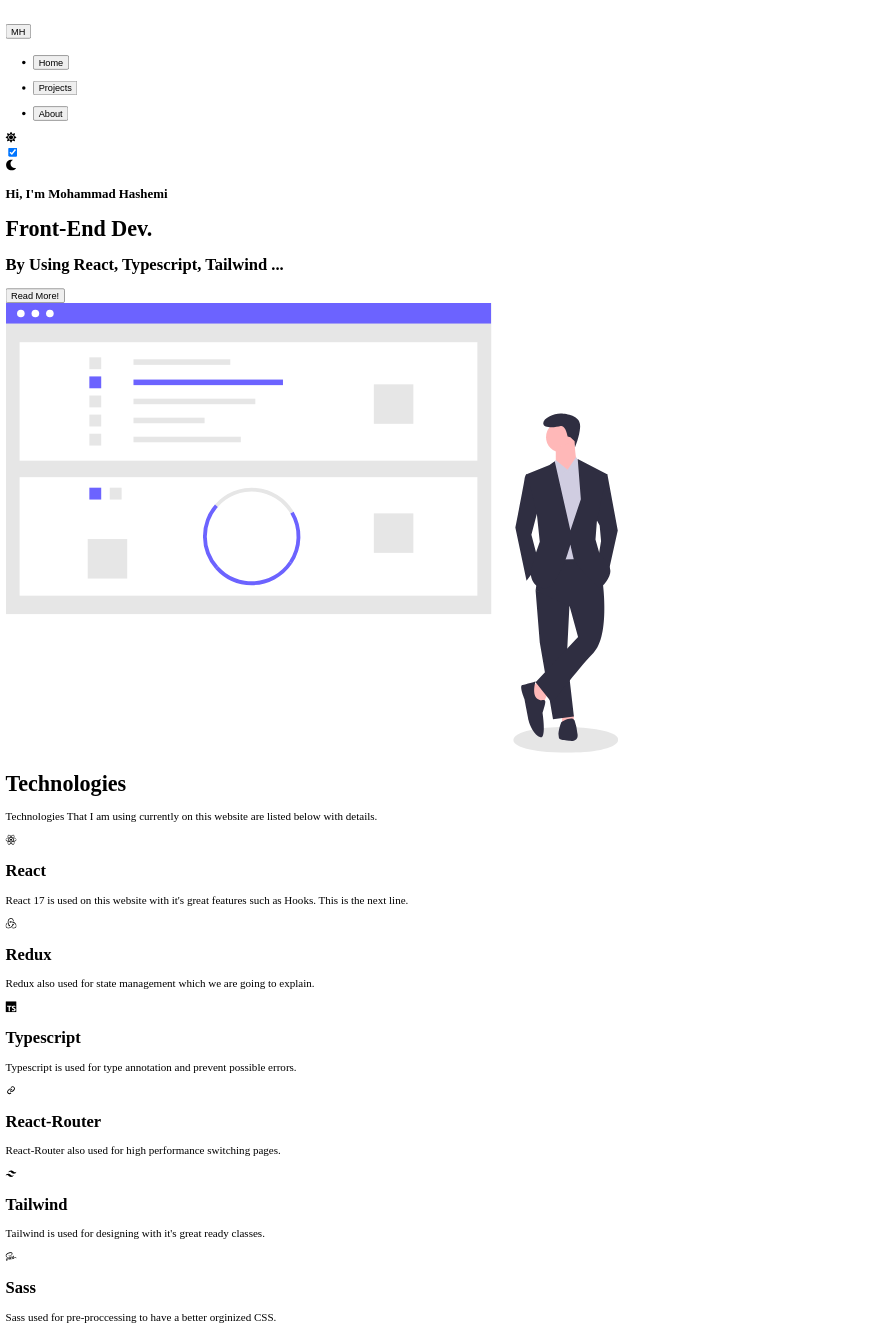
Repository: SMohammadH/react-typescript-tailwind
Page: /
These files come from the project's save history. The page is drawn as it stood at one moment and after the next save; the edit follows.
The browser window is 1280 px wide. The pictures show the whole page, at 69% of full size.
The project was rebuilt for these pictures with package versions that can differ from the ones it lists, and the page was loaded fresh each time. Also part of the build but not shown: craco.config.js.

Above is the page before, as saved 2021-02-04 07:20:58.

### src/index.css
.dark {
  --color-bg-primary: #2d3748;
  --color-bg-secondary: #283141;
  --color-text-primary: #f7fafc;
  --color-text-secondary: #e2e8f0;
  --color-text-accent: #c5b358;
}

.light {
  --color-bg-primary: #ffffff;
  --color-bg-secondary: #edf2f7;
  --color-text-primary: #2d3748;
  --color-text-secondary: #4a5568;
  --color-text-accent: #2b6cb0;
}

@import 'tailwindcss/base';
@import 'tailwindcss/components';
@import 'tailwindcss/utilities';

### src/App.tsx
import './App.css';
import 'tailwindcss/tailwind.css';
import { ThemeProvider } from './dark-mode/themeContext';
import { Navbar } from './components/Navbar';
import { FirstSection } from './components/FirstSection';
import { SecondSection } from './components/SecondSection';

const App: React.FC = () => {
  return (
    <div>
      <ThemeProvider>
        <Navbar />
        <div className="body bg-primary text-primary">
          <FirstSection />
          <SecondSection />
        </div>
      </ThemeProvider>
    </div>
  );
};

export default App;

### src/App.css
.font-gold {
  color: #c5b358;
}

### src/dark-mode/themeContext.tsx
import React from 'react';

const getInitialTheme = () => {
  if (typeof window !== 'undefined' && window.localStorage) {
    const storedPrefs = window.localStorage.getItem('color-theme');
    if (typeof storedPrefs === 'string') {
      return storedPrefs;
    }

    const userMedia = window.matchMedia('(prefers-color-scheme: dark)');
    if (userMedia.matches) {
      return 'dark';
    }
  }

  // If you want to use light theme as the default, return "light" instead
  return 'dark';
};

interface IContextProps {
  theme: string;
  setTheme: React.Dispatch<React.SetStateAction<string>>;
}
// Remember if You wanna uncomment above remove null in the next line.
export const ThemeContext = React.createContext({} as IContextProps);

interface ThemeProps {
  initialTheme?: any;
  children: any;
}

export const ThemeProvider: React.FC<ThemeProps> = ({
  initialTheme,
  children,
}) => {
  const [theme, setTheme] = React.useState(getInitialTheme);

  const rawSetTheme = (theme: string) => {
    const root = window.document.documentElement;
    const isDark = theme === 'dark';

    root.classList.remove(isDark ? 'light' : 'dark');
    root.classList.add(theme);

    localStorage.setItem('color-theme', theme);
  };

  if (initialTheme) {
    rawSetTheme(initialTheme);
  }

  React.useEffect(() => {
    rawSetTheme(theme);
  }, [theme]);

  return (
    <ThemeContext.Provider value={{ theme, setTheme }}>
      {children}
    </ThemeContext.Provider>
  );
};

### src/components/Navbar.tsx
import { Toggle } from '../dark-mode/toggle';

export const Navbar = () => {
  return (
    <div className="bg-gray-800 text-gray-100  fixed  w-full z-10">
      <div className="max-w-screen-xl mx-auto px-2 sm:px-6 lg:px-8">
        <div className="relative flex items-center justify-between h-16">
          <div>
            <h1 className="text-3xl font-gold">
              <button>MH</button>
            </h1>
          </div>
          <div className="flex">
            <div className="flex space-x-9 text-lg">
              <ul>
                <li>
                  <button>Home</button>
                </li>
              </ul>
              <ul>
                <li>
                  <button>Projects</button>
                </li>
              </ul>
              <ul>
                <li>
                  <button>About</button>
                </li>
              </ul>
            </div>
            <div className="ml-9 self-center">
              <Toggle />
            </div>
          </div>
        </div>
      </div>
    </div>
  );
};

### src/components/FirstSection.tsx
import Success from '../svg/success.svg';

export const FirstSection = () => {
  return (
    <div className="flex justify-between  space-x-20 p-10 pt-40 max-w-screen-xl mx-auto md:flex-row">
      <div className="self-center pb-20 mb-20 space-y-2">
        <h3 className="text-xl">Hi, I'm Mohammad Hashemi</h3>
        <h1 className="text-5xl text-accent">Front-End Dev.</h1>
        <h2 className="text-medium">
          By Using React, Typescript, Tailwind ...
        </h2>
        <button className="btn">Read More!</button>
      </div>
      <div className="">
        <img src={Success} alt="" />
      </div>
    </div>
  );
};

### src/components/SecondSection.tsx
import { Card } from './Card';
import { FaSass } from 'react-icons/fa';
import { SiTypescript, SiTailwindcss, SiRedux, SiReact } from 'react-icons/si';
import { BiLink } from 'react-icons/bi';

const text = [
  {
    react: `React 17 is used on this website with it's great features such as Hooks.
    This is the next line.`,
  },
  {
    redux:
      'Redux also used for state management which we are going to explain.',
  },
  {
    typescript:
      'Typescript is used for type annotation and prevent possible errors.',
  },
  {
    reactRouter: 'React-Router also used for high performance switching pages.',
  },
  { tailwind: `Tailwind is used for designing with it's great ready classes.` },
  { sass: 'Sass used for pre-proccessing to have a better orginized CSS.' },
];
console.log(text[0].react);

export const SecondSection = () => {
  return (
    <div className="bg-secondary text-secondary">
      <div className="max-w-screen-xl mx-auto px-5 py-24">
        <div className="text-center mb-20">
          <h1 className="text-accent mb-4 text-4xl leading-10 tracking-tight sm:text-5xl sm:leading-none md:text-6xl">
            Technologies
          </h1>
          <p className="text-base leading-relaxed xl:w-2/4 lg:w-3/4 mx-auto">
            Technologies That I am using currently on this website are listed
            below with details.
          </p>
          <div className="flex mt-6 justify-center">
            <div className="w-16 h-1 rounded-full bg-indigo-500 inline-flex"></div>
          </div>
        </div>
        <div className="flex flex-wrap sm:-m-4 -mx-4 -mb-10 -mt-4">
          <Card
            Img={SiReact}
            imgSize={10}
            header="React"
            imgColor="blue-600"
            imgBack="blue"
            text={text[0].react}
          />
          <Card
            Img={SiRedux}
            imgSize={10}
            header="Redux"
            imgColor="purple-500"
            imgBack="purple"
            text={text[1].redux}
          />
          <Card
            Img={SiTypescript}
            imgSize={7}
            header="Typescript"
            imgColor="blue-700"
            imgBack="blue"
            text={text[2].typescript}
          />

          <Card
            Img={BiLink}
            imgSize={10}
            header="React-Router"
            imgColor="red-600"
            imgBack="red"
            text={text[3].reactRouter}
          />
          <Card
            Img={SiTailwindcss}
            imgSize={10}
            header="Tailwind"
            imgColor="green-500"
            imgBack="green"
            text={text[4].tailwind}
          />

          <Card
            Img={FaSass}
            imgSize={10}
            header="Sass"
            imgColor="pink-600"
            imgBack="pink"
            text={text[5].sass}
          />
        </div>
      </div>
    </div>
  );
};

### src/dark-mode/toggle.tsx
import React from 'react';
import { ThemeContext } from './themeContext';
import './toggle.css';
import { FaSun } from 'react-icons/fa';
import { FaMoon } from 'react-icons/fa';

export const Toggle = () => {
  const { theme, setTheme } = React.useContext(ThemeContext);

  const isDark = () => {
    return theme === 'dark';
  };

  return (
    <label className="flex items-center cursor-pointer">
      <div className="ml-3 font-medium mr-3">
        {theme === 'light' ? (
          <FaSun className="text-yellow-100 text-2xl" />
        ) : (
          <FaSun className="text-gray-400" />
        )}
      </div>
      <div className="relative">
        <input
          type="checkbox"
          className="hidden"
          checked={isDark()}
          onChange={e => setTheme(e.target.checked ? 'dark' : 'light')}
        />
        <div className="toggle__line w-10 h-4 bg-gray-400 rounded-full shadow-inner"></div>
        <div className="toggle__dot absolute w-6 h-6 bg-white rounded-full shadow inset-y-0 left-0"></div>
      </div>

      <div className="ml-3 ">
        {theme === 'light' ? (
          <FaMoon className="text-gray-400" />
        ) : (
          <FaMoon className="text-blue-100 text-xl" />
        )}
      </div>
    </label>
  );
};

### src/components/Card.tsx
interface Props {
  Img: any;
  imgSize: number;
  imgColor: string;
  imgBack: string;
  header: string;
  text?: string;
}

export const Card: React.FC<Props> = ({
  Img,
  imgSize,
  imgColor,
  imgBack,
  header,
  text,
}) => {
  return (
    <div className="relative max-w-sm md:max-w-xs mx-auto ">
      <div
        className={`absolute mr-2 ml-8 mb-11 inset-0 bg-gradient-to-r from-${imgBack}-200 to-${imgBack}-400 dark:from-gray-800 dark:to-${imgBack}-900 shadow-lg transform -skew-y-3 sm:skew-y-0 sm:-rotate-6 rounded-3xl`}
      ></div>
      <div className="relative py-7 px-2 md:mb-0 flex flex-col ">
        <div className="px-4 py-10 mr-6 bg-primary text-primary shadow-lg rounded-3xl transform translate-x-6 -translate-y-6  ">
          <div
            className={`inline-flex w-12 h-12 rounded-full items-center justify-center bg-${imgBack}-100 text-${imgColor} mb-4 flex-shrink-0 p-2`}
          >
            <Img className={`w-${imgSize} h-${imgSize}`} />
            {/* className="w-6 h-6"
              fill="none"
              stroke="currentColor"
              viewBox="0 0 24 24"
              xmlns="http://www.w3.org/2000/svg"
            >
              <path
                stroke-linecap="round"
                stroke-linejoin="round"
                stroke-width="2"
                d="M7 21a4 4 0 01-4-4V5a2 2 0 012-2h4a2 2 0 012 2v12a4 4 0 01-4 4zm0 0h12a2 2 0 002-2v-4a2 2 0 00-2-2h-2.343M11 7.343l1.657-1.657a2 2 0 012.828 0l2.829 2.829a2 2 0 010 2.828l-8.486 8.485M7 17h.01"
              ></path>
            </Img> */}
          </div>
          <div className="flex-grow ">
            <h2 className="text-primary text-xl title-font font-medium mb-3">
              {header}
            </h2>
            <p className="leading-relaxed text-sm text-justify">{text}</p>
          </div>
        </div>
      </div>
    </div>
  );
};

### src/dark-mode/toggle.css
.toggle__dot {
  top: -0.25rem;
  left: -0.25rem;
  transition: all 0.3s ease-in-out;
}

input:checked ~ .toggle__dot {
  transform: translateX(100%);
  background-color: #48bb78;
}

### tailwind.config.js
module.exports = {
  purge: [],
  darkMode: 'class', // or 'media' or 'class'
  theme: {
    extend: {
      backgroundColor: {
        primary: 'var(--color-bg-primary)',
        secondary: 'var(--color-bg-secondary)',
      },
      textColor: {
        accent: 'var(--color-text-accent)',
        primary: 'var(--color-text-primary)',
        secondary: 'var(--color-text-secondary)',
      },
    },
  },
  variants: {
    extend: {},
  },
  plugins: [],
};

Loaded but not shown: public/index.html (common file); src/index.tsx (common file)

After the next save:
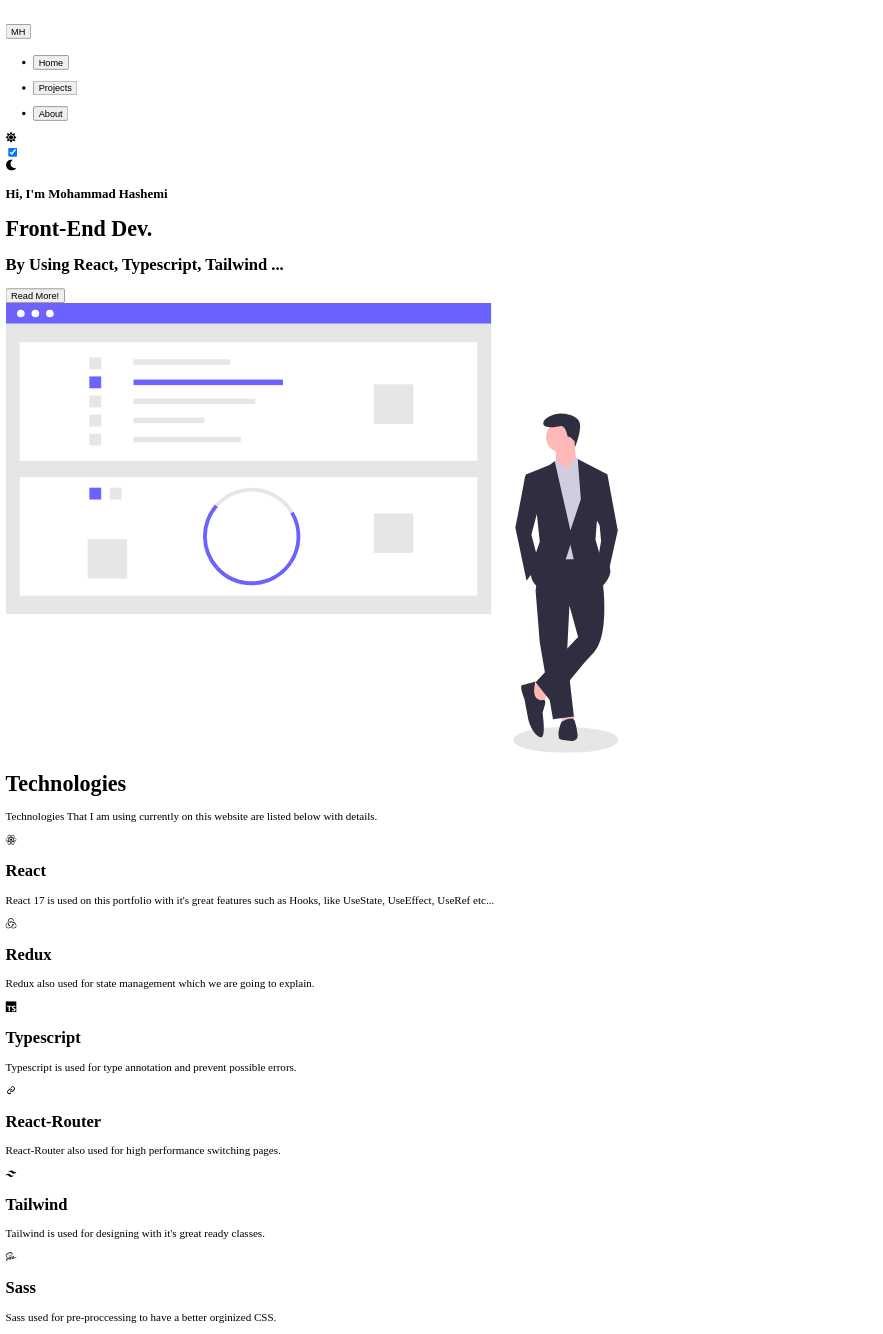
Saved 60 s later.
--- a/src/components/SecondSection.tsx
+++ b/src/components/SecondSection.tsx
@@ -5,8 +5,7 @@
 
 const text = [
   {
-    react: `React 17 is used on this website with it's great features such as Hooks.
-    This is the next line.`,
+    react: `React 17 is used on this portfolio with it's great features such as Hooks, like UseState, UseEffect, UseRef etc...`,
   },
   {
     redux:
